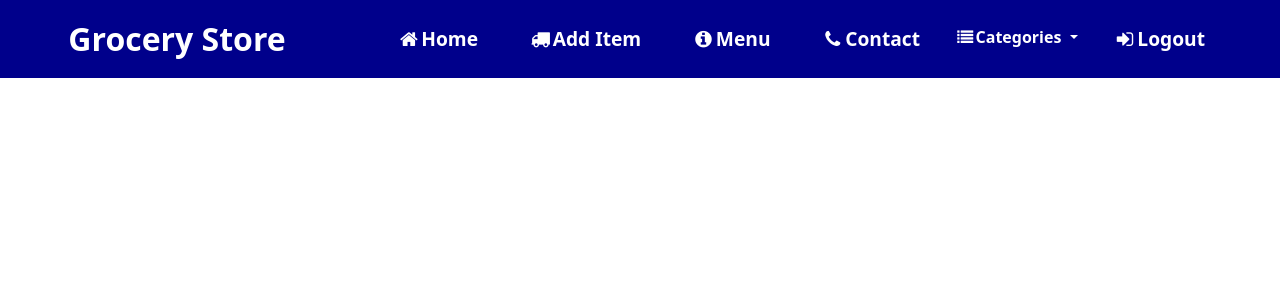
Repository: NagaMounikaY/GroceriesSubscriptionBookingManagement
Page: http://localhost/GroceriesSubBookingSystem/sellerHeader.jsp
These files come from the project's save history. The page is drawn as it stood at one moment and after the next save; the edit follows.
The browser window is 1280 px wide. The pictures show the whole page.
The page is served by Tomcat 9.

Above is the page before, as saved 2024-09-13 03:01:36.

After the next save:
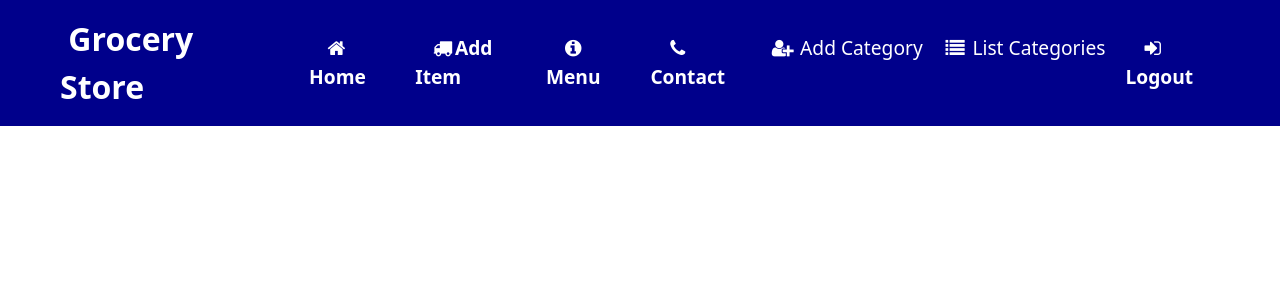
Saved 45 min 17 s later.
--- a/GroceriesSubBookingSystem/src/main/webapp/sellerHeader.jsp
+++ b/GroceriesSubBookingSystem/src/main/webapp/sellerHeader.jsp
@@ -1,94 +1,101 @@
 <%@ page language="java" contentType="text/html; charset=ISO-8859-1"
-    pageEncoding="ISO-8859-1" isELIgnored="false"%>
+	pageEncoding="ISO-8859-1" isELIgnored="false"%>
 <!DOCTYPE html PUBLIC "-//W3C//DTD HTML 4.01 Transitional//EN" "http://www.w3.org/TR/html4/loose.dtd">
 <html>
 <head>
 <meta http-equiv="Content-Type" content="text/html; charset=ISO-8859-1">
 <title>Courier Booking System</title>
-<link href="https://stackpath.bootstrapcdn.com/bootstrap/5.3.0/css/bootstrap.min.css" rel="stylesheet">
-<link rel="stylesheet" href="https://cdnjs.cloudflare.com/ajax/libs/font-awesome/4.7.0/css/font-awesome.min.css">
+<link
+	href="https://stackpath.bootstrapcdn.com/bootstrap/5.3.0/css/bootstrap.min.css"
+	rel="stylesheet">
+<link rel="stylesheet"
+	href="https://cdnjs.cloudflare.com/ajax/libs/font-awesome/4.7.0/css/font-awesome.min.css">
 <style>
 /* Header */
 header {
-    background: #00008B;
-    color: #fff;
-    padding: 15px 0;
-    position: fixed;
-    width: 100%;
-    top: 0;
-    left: 0;
-    z-index: 1000;
+	background: #00008B;
+	color: #fff;
+	padding: 15px 0;
+	position: fixed;
+	width: 100%;
+	top: 0;
+	left: 0;
+	z-index: 1000;
 }
 
 header .container {
-    display: flex;
-    justify-content: space-between;
-    align-items: center;
-    max-width: 1200px;
-    margin: 0 auto;
-    padding: 0 20px;
+	display: flex;
+	justify-content: space-between;
+	align-items: center;
+	max-width: 1200px;
+	margin: 0 auto;
+	padding: 0 20px;
 }
 
 header .logo {
-    font-size: 2em; /* Increased size for the logo */
-    font-weight: bold;
+	font-size: 2em; /* Increased size for the logo */
+	font-weight: bold;
 }
 
 header nav ul {
-    list-style: none;
-    display: flex;
-    margin: 0;
+	list-style: none;
+	display: flex;
+	margin: 0;
 }
 
 header nav ul li {
-    margin-left: 20px;
+	margin-left: 20px;
 }
 
 header nav ul li a {
-    color: #fff;
-    text-decoration: none;
-    padding: 10px 15px; /* Increased padding for better click area */
-    font-size: 1.2em; /* Increased font size for navigation links */
-    border-radius: 5px;
+	color: #fff;
+	text-decoration: none;
+	padding: 10px 15px; /* Increased padding for better click area */
+	font-size: 1.2em; /* Increased font size for navigation links */
+	border-radius: 5px;
 }
 
 header nav ul li a:hover {
-    background: #575757;
+	background: #575757;
 }
 </style>
 </head>
 <body>
-  <!-- Header -->
-    <header>
-        <div class="container">
-            <div class="logo"><i class="fa fa-box"></i> Grocery Store</div>
-            <nav>
-                <ul>
-                    <li><a href="${pageContext.request.contextPath}/home.jsp"><i class="fa fa-fw fa-home"></i><strong>Home</strong></a></li>
-                    <li><a href="${pageContext.request.contextPath}/groceries/add"><i class="fa fa-fw fa-truck"></i><strong>Add Item</strong></a></li>
-                    <li><a href="${pageContext.request.contextPath}/groceries/list"><i class="fa fa-fw fa-info-circle"></i><strong>Menu</strong></a></li>
-                    <li><a href=""><i class="fa fa-fw fa-phone"></i><strong>Contact</strong></a></li>
+	<!-- Header -->
+	<header>
+	<div class="container">
+		<div class="logo">
+			<i class="fa fa-box"></i> Grocery Store
+		</div>
+		<nav>
+		<ul>
+			<li><a href="${pageContext.request.contextPath}/home.jsp"><i
+					class="fa fa-fw fa-home"></i><strong>Home</strong></a></li>
+			<li><a href="${pageContext.request.contextPath}/groceries/add"><i
+					class="fa fa-fw fa-truck"></i><strong>Add Item</strong></a></li>
+			<li><a href="${pageContext.request.contextPath}/groceries/list"><i
+					class="fa fa-fw fa-info-circle"></i><strong>Menu</strong></a></li>
+			<li><a href=""><i class="fa fa-fw fa-phone"></i><strong>Contact</strong></a></li>
+			<li><a class="dropdown-item"
+				href="${pageContext.request.contextPath}/categories/add"><i
+					class="fa fa-fw fa-user-plus"></i> Add Category</a></li>
+			<li><a class="dropdown-item"
+				href="${pageContext.request.contextPath}/categories/list"><i
+					class="fa fa-fw fa-list"></i> List Categories</a></li>
 
-                    <!-- Dropdown Menu -->
-                    <li class="nav-item dropdown">
-                        <a class="nav-link dropdown-toggle" href="#" id="categoryDropdown" role="button" data-bs-toggle="dropdown" aria-expanded="false">
-                            <i class="fa fa-fw fa-list"></i><strong>Categories</strong>
-                        </a>
-                        <ul class="dropdown-menu" aria-labelledby="categoryDropdown">
-                            <li><a class="dropdown-item" href="${pageContext.request.contextPath}/categories/add"><i class="fa fa-fw fa-user-plus"></i> Add Category</a></li>
-                            <li><a class="dropdown-item" href="${pageContext.request.contextPath}/categories/list"><i class="fa fa-fw fa-list"></i> List Categories</a></li>
-                        </ul>
-                    </li>
 
-                    <li><a href="${pageContext.request.contextPath}/home.jsp"><i class="fa fa-fw fa-sign-in"></i><strong>Logout</strong></a></li>
-                </ul>
-            </nav>
-        </div>
-    </header>
+			<li><a href="${pageContext.request.contextPath}/home.jsp"><i
+					class="fa fa-fw fa-sign-in"></i><strong>Logout</strong></a></li>
+		</ul>
+		</nav>
+	</div>
+	</header>
 
-    <script src="https://code.jquery.com/jquery-3.5.1.slim.min.js"></script>
-<script src="https://cdn.jsdelivr.net/npm/@popperjs/core@2.11.6/dist/umd/popper.min.js"></script>
-<script src="https://stackpath.bootstrapcdn.com/bootstrap/5.3.0/js/bootstrap.bundle.min.js"></script>
+	<script src="https://code.jquery.com/jquery-3.5.1.slim.min.js"></script>
+	<script
+		src="https://cdn.jsdelivr.net/npm/@popperjs/core@2.11.6/dist/umd/popper.min.js"></script>
+	<script
+		src="https://stackpath.bootstrapcdn.com/bootstrap/5.3.0/js/bootstrap.bundle.min.js"></script>
 
 </body>
 </html>
